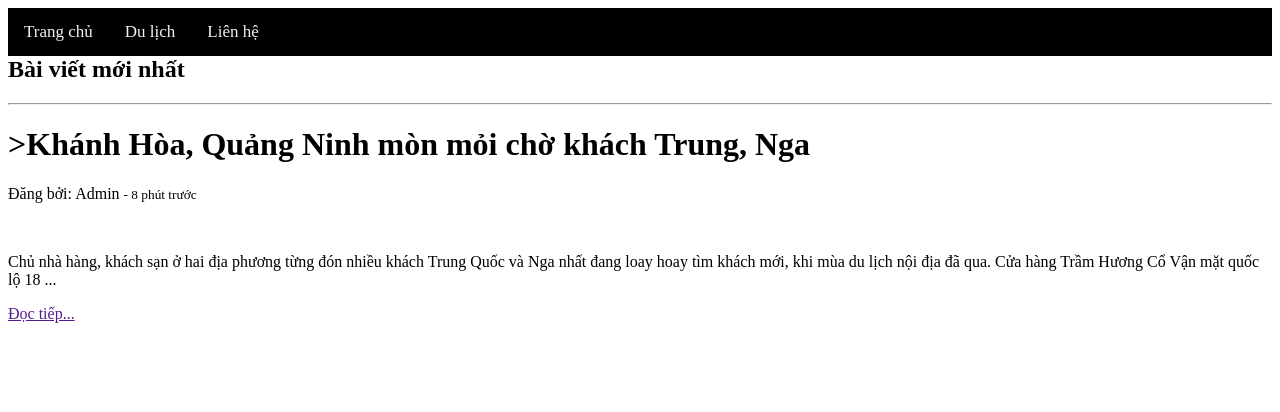
Repository: Lehuyhuynh/BTH2-CSS
Page: BTH3/BTH4/index.html
An editor plug-in stored every save of this project. The page is shown before and after a run of saves, followed by the edit.
The browser window is 1280 px wide. The pictures show the whole page.

Above is the page before, as saved 2023-08-11 16:50:41.

### BTH3/BTH4/index.html
<!DOCTYPE html>
<html lang="en">
<head>
  <meta charset="UTF-8">
  <meta name="viewport" content="width=device-width, initial-scale=1.0">
  <link rel="stylesheet" href="style.css">
  <title>BTH4</title>
</head>
<body>
  <div class="container">

    <div class="navbar">
      <a href="Trang chủ">Trang chủ</a>
      <a href="Du lịch">Du lịch</a>
      <a href=" Liên hệ">Liên hệ</a>
    </div>

    <div class="contenr">
      <div class="posts">
        <div class="title">
          <h2>Bài viết mới nhất</h2>
        </div>
        <hr class="hr">
        <div class="first">
          <h1>>Khánh Hòa, Quảng Ninh mòn mỏi chờ khách Trung, Nga</h1>
          <p>Đăng bởi: Admin <small>- 8 phút trước</small></p>
          <img src="" alt="">
          <p>Chủ nhà hàng, khách sạn ở hai địa phương từng đón nhiều khách Trung Quốc và Nga nhất đang loay hoay tìm khách mới, khi mùa du lịch nội địa đã qua. Cửa hàng Trầm Hương Cổ Vận mặt quốc lộ 18 ...</p>
          <a href="">Đọc tiếp...</a>
        </div>
      </div>

      <div class="list"></div>
    </div>

    <div class="footer"></div>

  </div>

</body>
</html>

### BTH3/BTH4/style.css
.container {
  width: 100%;
  margin: 0 auto;
  height: auto;
  float: left;
}

.navbar {
  overflow: hidden;
  background-color: black;
  float: left;
  top: 0;
  width: 100%;
}

.navbar a {
  float: left;
  display: block;
  color: #f2f2f2;
  text-align: center;
  padding: 14px 16px;
  text-decoration: none;
  font-size: 17px;
}

.navbar a:hover {
  background: #ddd;
  color: black;
}

After the next 3 saves:
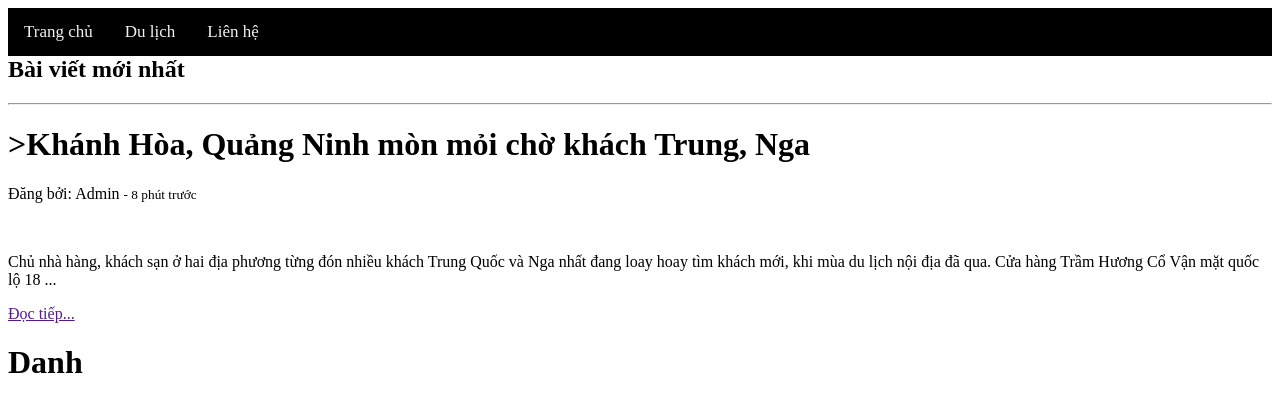
The 3 saves are shown as one change because they came seconds apart.
The last was saved 7 s later.
--- a/BTH3/BTH4/index.html
+++ b/BTH3/BTH4/index.html
@@ -30,7 +30,9 @@
         </div>
       </div>
 
-      <div class="list"></div>
+      <div class="list">
+        <h1>Danh  </h1>
+      </div>
     </div>
 
     <div class="footer"></div>
